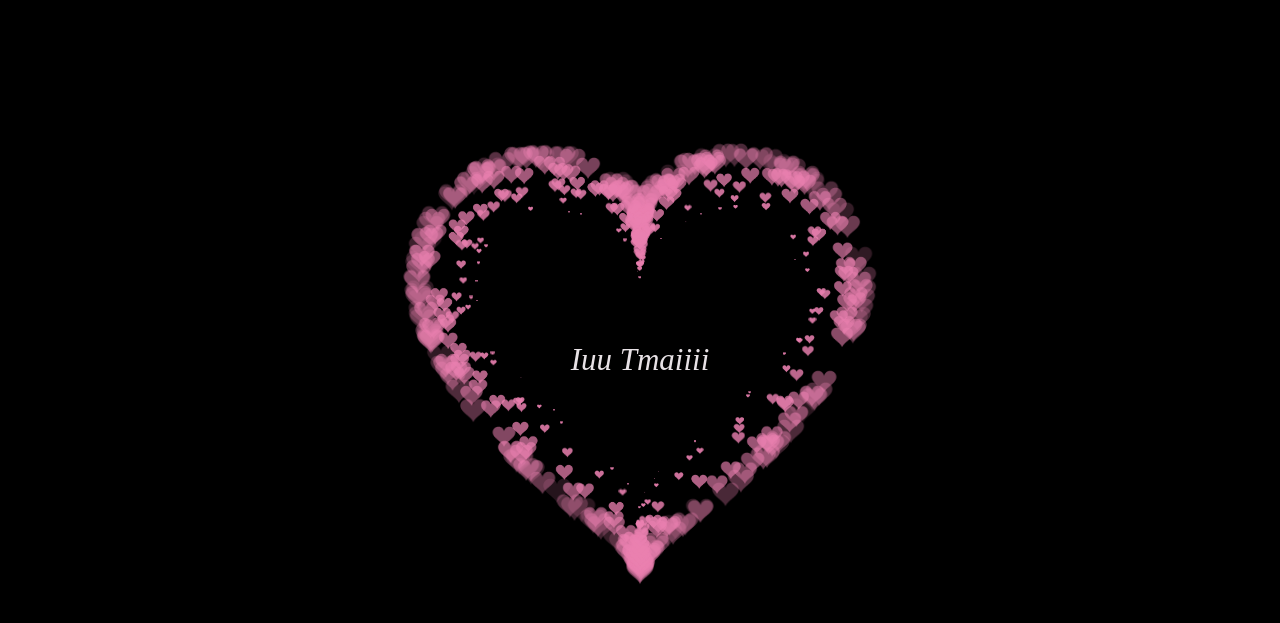
Repository: NgocQuang2005/TMaiii
Page: trenltraitim.html
These files come from the project's save history. The page is drawn as it stood at one moment and after the next save; the edit follows.
The browser window is 1280 px wide. The pictures show the whole page.

Above is the page before, as saved 2024-10-20 22:37:36.

After the next save:
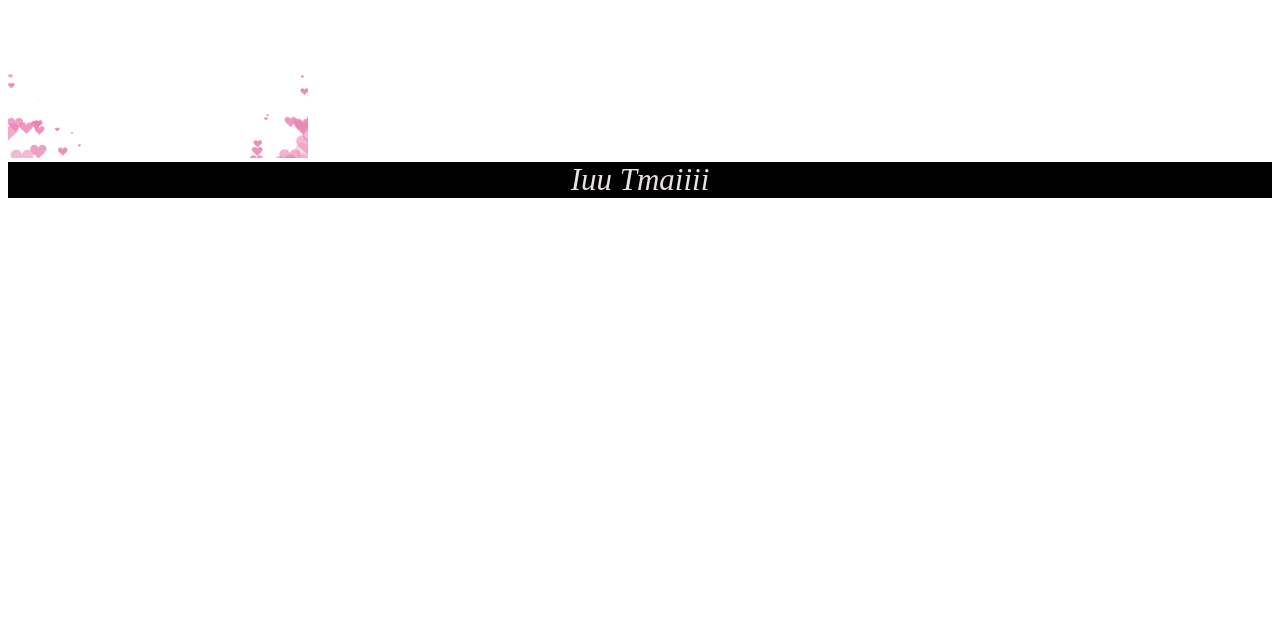
Saved 8 s later.
--- a/trenltraitim.html
+++ b/trenltraitim.html
@@ -6,21 +6,7 @@
     <meta name="Author" content="" />
     <meta name="Keywords" content="" />
     <meta name="Description" content="" />
-    <style>
-      html,
-      body {
-        height: 100%;
-        padding: 0;
-        margin: 0;
-        background: #000;
-      }
-
-      canvas {
-        position: absolute;
-        width: 100%;
-        height: 100%;
-      }
-    </style>
+    <style></style>
   </head>
   <body>
     <canvas id="pinkboard"></canvas>
